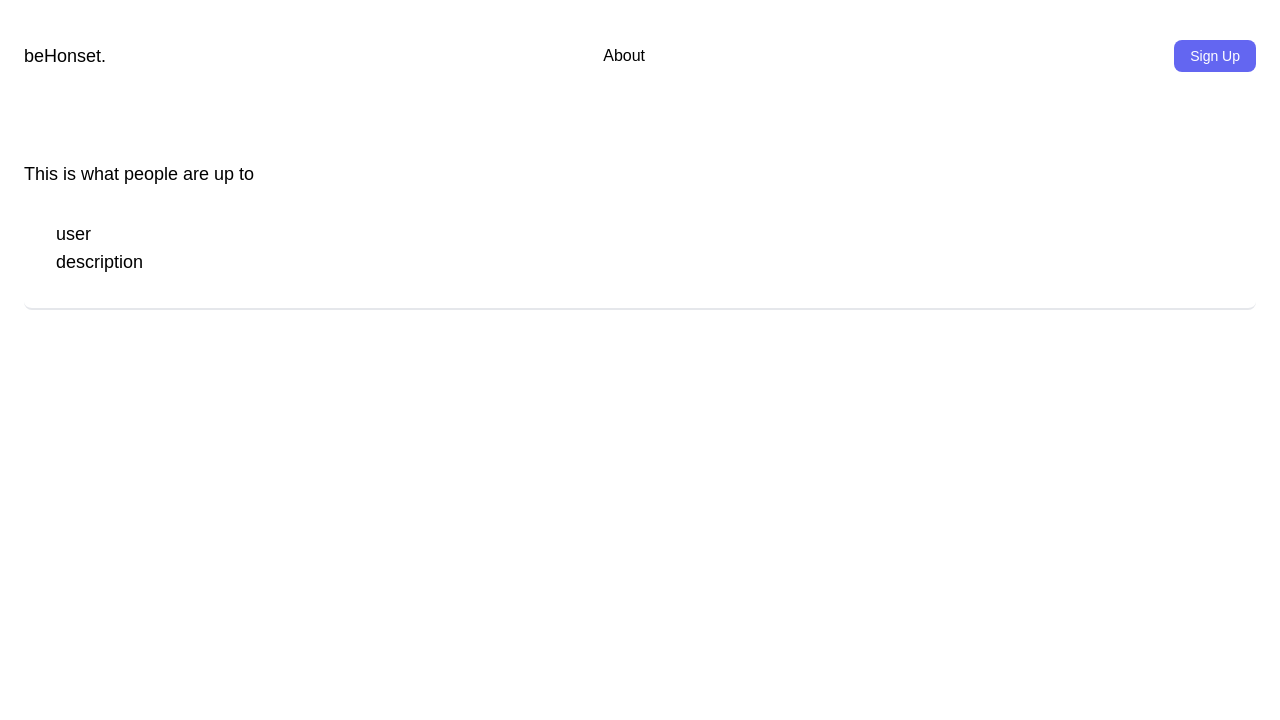
Repository: aidenfine/be-honset
Page: /
An editor plug-in stored every save of this project. The page is shown before and after the next save, followed by the edit.
The browser window is 1280 px wide. The pictures show the whole page.
The page's requests for data from a server got no answer. The project was rebuilt for these pictures with package versions that can differ from the ones it lists, and the page was loaded fresh each time. The framework's server and built-in components were replaced by stand-ins that run in the browser. No one was signed in, and anything a server would have sent is missing. Also part of the build but not shown: next.config.js.

Above is the page before, as saved 2022-10-26 21:43:08.

### pages/_app.js
import '../styles/globals.css'
import Layout from '../components/layout'
import { ToastContainer } from 'react-toastify'
import 'react-toastify/dist/ReactToastify.css';



function MyApp({ Component, pageProps }) {
  return(
    <Layout>
      <ToastContainer limit={2}/>
        <Component {...pageProps} />
    </Layout>

  )
}

export default MyApp

### pages/index.js
import Head from 'next/head'
import Message from '../components/message';

export default function Home() {
  return (
    <div>
      <Head>
        <title>beHonset.</title>
        <meta name="description" content="Generated by create next app" />
        <link rel="icon" href="/favicon.ico" />
      </Head>

     <div className='my-12 text-lg font-medium'>
      <h2 >This is what people are up to</h2>
      <Message />
     </div>
    </div>
  );
}

### styles/globals.css
@tailwind base;
@tailwind components;
@tailwind utilities;


* {
  font-family: 'Montserrat', sans-serif;

}

### components/layout.js
import Nav from "./Nav";

export default function Layout({ children }){
    return(
        <div className="mx-6 md:max-w-10xl md-mx-auto font-montserrat">
            <Nav />
            <main>{children}</main>
        </div>
    )
}

### components/message.js



export default function Message({children}){
    return(
    <div className="bg-white p-8 border-b-2 rounded-lg">
        <div>
            <img src="" />
            <h2>user</h2>
        </div>
        <div>
            <p>description</p>
        </div>
        {children}
    </div>
    )

}

### components/Nav.js
import Link from "next/link"
import { auth } from "../utils/firebase"
import { useAuthState } from "react-firebase-hooks/auth"

export default function Nav(){
    const [user, loading] = useAuthState(auth);

    return(
        <nav className="flex justify-between items-center py-10">
            <Link href="/">
            <button className="text-lg font-medium text-black opacity-87" >beHonset.</button>
            </Link>
            <Link href="/about">
            <button className="flex items-center gap-2" >About</button>
            </Link>
            <ul className="flex items-center gap-10">
                {!user && (
                <Link href={"/login"} className="py-1.5 px-4 text-sm bg-indigo-500 text-white opacity-87 rounded-lg font-medium ml-8">Sign Up</Link>
            )}
            {user && (
                <div className="flex items-center gap-6">
                    <Link href="/new-post">
                    <button className="font-medium bg-indigo-500 text-white py-2 px-4 rounded-lg text-sm">Create Post</button>
                    </Link>
                    <Link href="/dashboard">
                        <img className="w-10 rounded-full cursor-pointer" referrerpolicy="no-referrer" src={user.photoURL} />

                    </Link>
                </div>
            )}
            </ul>



        </nav>
    )
}

### utils/firebase.js
// Import the functions you need from the SDKs you need
import { initializeApp } from "firebase/app";
import {getAuth} from 'firebase/auth';
import {getFirestore} from 'firebase/firestore'
// TODO: Add SDKs for Firebase products that you want to use
// https://firebase.google.com/docs/web/setup#available-libraries

// Your web app's Firebase configuration
// For Firebase JS SDK v7.20.0 and later, measurementId is optional
const firebaseConfig = {
  apiKey: process.env.NEXT_PUBLIC_API_KEY,
  authDomain: process.env.NEXT_PUBLIC_AUTH_DOMAIN,
  projectId: process.env.NEXT_PUBLIC_PROJECT_ID,
  storageBucket: process.env.NEXT_PUBLIC_STORAGE_BUCKET,
  messagingSenderId: process.env.NEXT_PUBLIC_MESSAGING_SENDER_ID,
  appId: process.env.NEXT_PUBLIC_APP_ID,
  measurementId: process.env.NEXT_PUBLIC_MEASUREMENT_ID
};

// Initialize Firebase
const app = initializeApp(firebaseConfig);
export const auth = getAuth();
export const db = getFirestore(app);

### tailwind.config.js
/** @type {import('tailwindcss').Config} */
module.exports = {
  content: [
    "./pages/**/*.{js,ts,jsx,tsx}",
    "./components/**/*.{js,ts,jsx,tsx}",
  ],
  darkMode: 'class',
  theme: {
    extend: {
      fontFamily: {
        montserrat: 'Montserrat',
      }
    },
  },
  plugins: [],
}

After the next save:
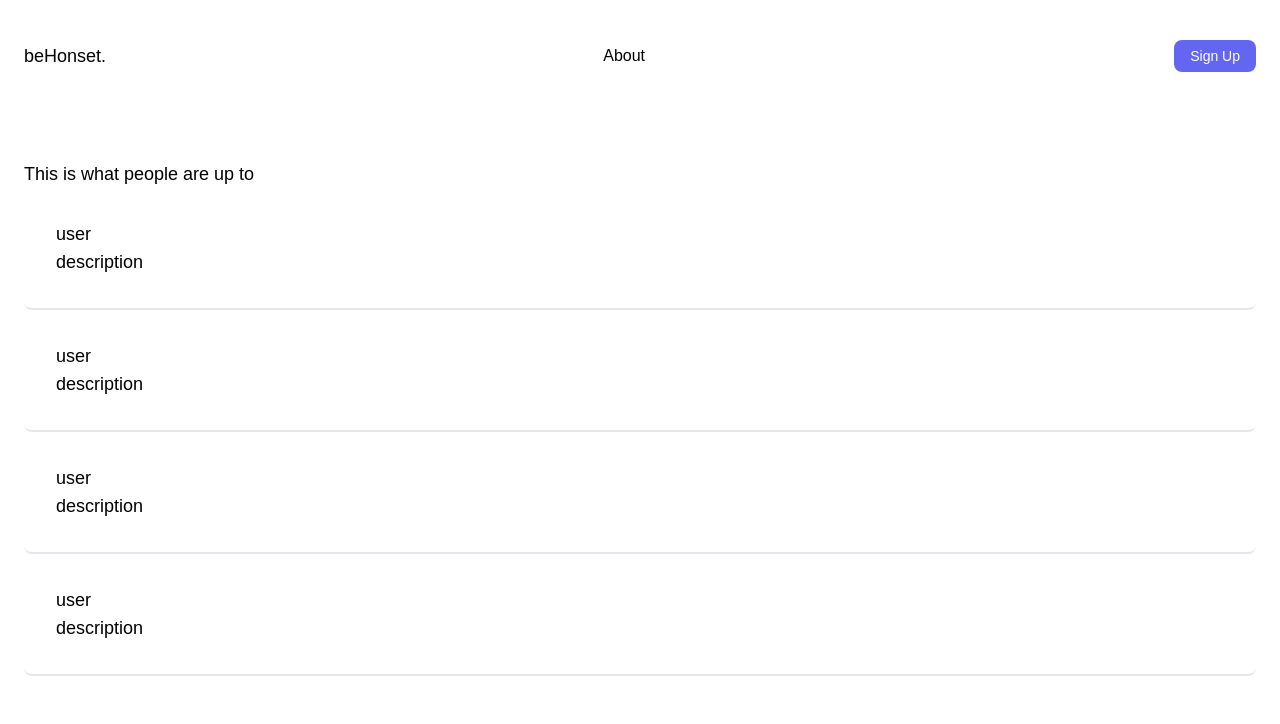
Saved 3 min 45 s later.
--- a/pages/index.js
+++ b/pages/index.js
@@ -13,6 +13,9 @@
      <div className='my-12 text-lg font-medium'>
       <h2 >This is what people are up to</h2>
       <Message />
+      <Message />
+      <Message />
+      <Message />
      </div>
     </div>
   );
